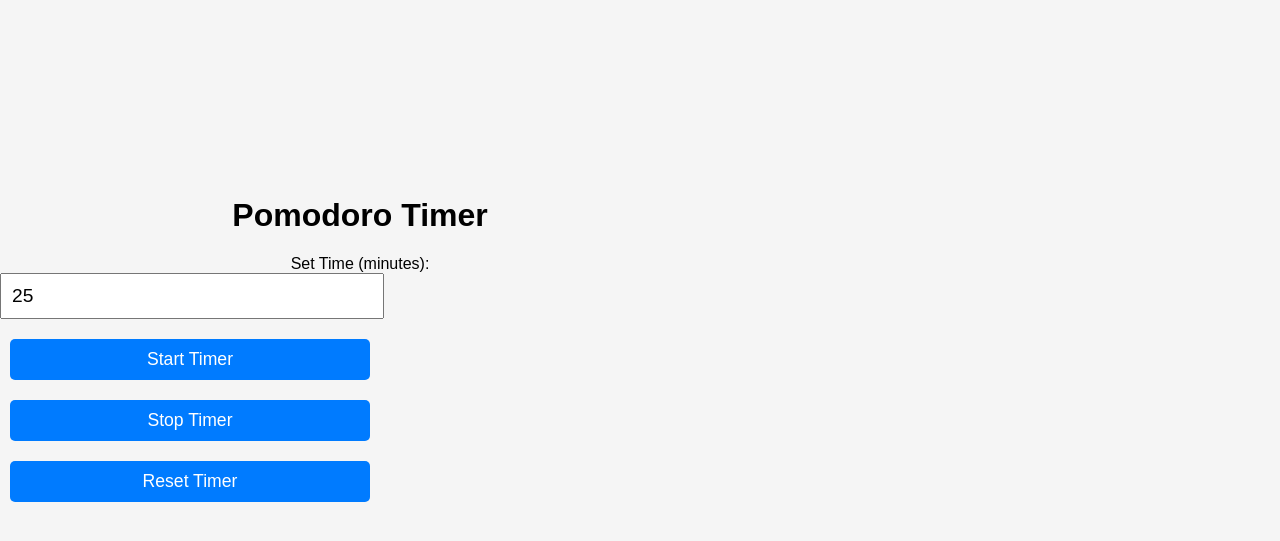
Repository: Prateek09102001/POMODORO-TIMER-UPDATEED-EXTENSIONS
Page: popup.html
The author's editor kept a copy of each file at every save. The page is drawn from the files as they stood at one save, then again after the next save.
The browser window is 1280 px wide. The pictures show the whole page.

Above is the page before, as saved 2024-09-30 21:57:55.

After the next save:
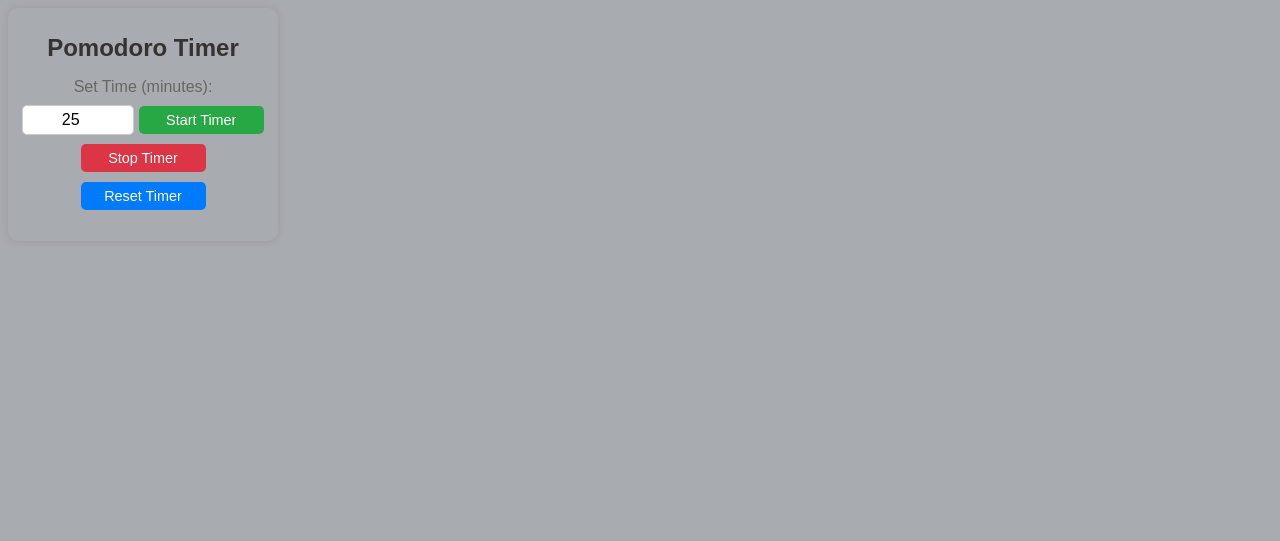
Saved 17 s later.
--- a/style.css
+++ b/style.css
@@ -1,67 +1,64 @@
 body {
-    font-family: Arial, sans-serif;
-    text-align: center;
-    margin: 0;
-    padding: 0;
-    display: flex;
-    flex-direction: column;
-    justify-content: center;
-    height: 100vh;
-    width: 100vb;
-    background-color: #f5f5f5;
+    font-family: 'Arial', sans-serif;
+    padding: 10px;
+    background-color: #a8abaf;
+    border-radius: 10px;
+    box-shadow: 0 0 10px rgba(0, 0, 0, 0.1);
+    width: 250px;
+    text-align: center; /* Center all text and elements */
 }
 
-.timer-header {
-    display: flex;
-    justify-content: space-between;
-    align-items: center;
-    padding: 20px;
-    background-color: #e0e0e0;
-    border-bottom: 2px solid #ccc;
+h1 {
+    font-size: 1.5em;
+    color: #333;
 }
 
-.logo {
-    width: 32px;
-    height: 32px;
+label {
+    display: block;
+    margin: 10px 0 5px;
+    color: #666;
 }
 
-#dueTimeTop {
-    font-size: 1.5em;
-    font-weight: bold;
-}
-
-.controls {
-    display: flex;
-    flex-direction: column;
-    align-items: center;
-    margin-top: 20px;
-}
-
-#minutes {
-    padding: 10px;
-    width: 50%;
-    font-size: 1.2em;
-    margin-bottom: 10px;
+input[type="number"] {
+    width: 100px; /* Set input width to 100px */
+    padding: 5px;
+    border-radius: 5px;
+    border: 1px solid #ccc;
+    text-align: center;
+    font-size: 1em;
+    margin: 0 auto; /* Center the input */
 }
 
 button {
-    padding: 10px 20px;
-    margin: 10px;
-    font-size: 1.1em;
+    width: 50%; /* Button width */
+    padding: 6px; /* Reduced padding */
+    margin: 5px auto; /* Center buttons */
     border: none;
     border-radius: 5px;
-    background-color: #007bff;
-    color: white;
+    color: #fff;
+    font-size: 0.9em; /* Slightly smaller font */
     cursor: pointer;
-    width: 50%;
+    transition: background-color 0.3s, transform 0.2s;
+}
+
+#start {
+    background-color: #28a745; /* Green */
+}
+
+#stop {
+    background-color: #dc3545; /* Red */
+}
+
+#reset {
+    background-color: #007bff; /* Blue */
 }
 
 button:hover {
-    background-color: #0056b3;
+    transform: scale(1.05);
 }
 
-#dueTimeBottom {
-    margin-top: 20px;
-    font-size: 1.5em;
+#status {
+    margin-top: 10px;
+    color: #333;
     font-weight: bold;
 }
